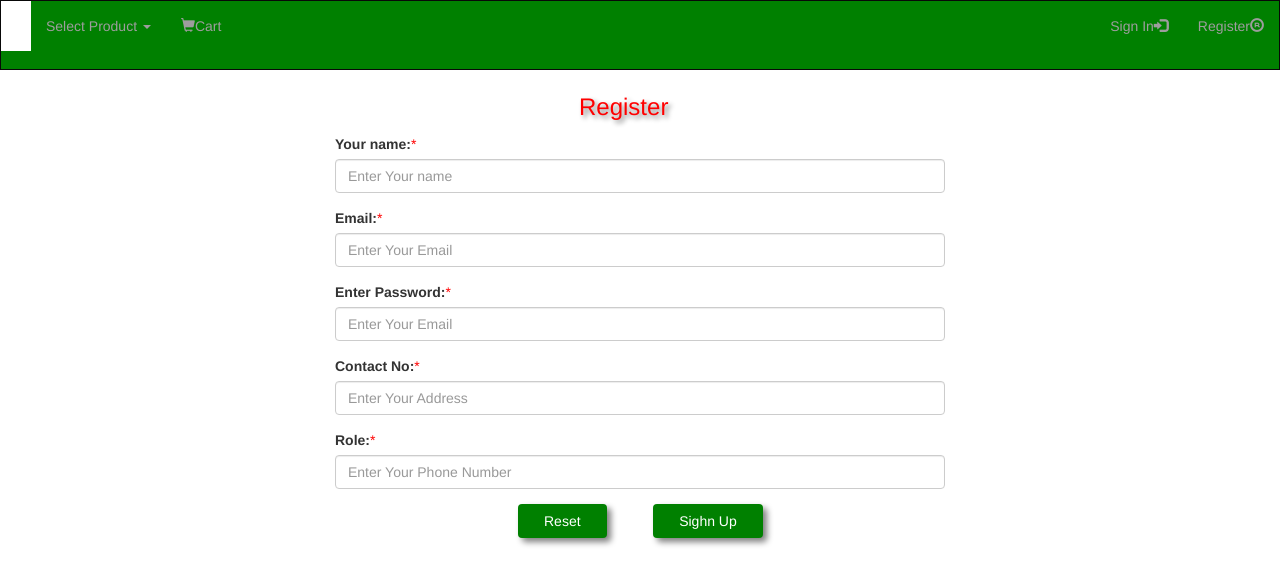
Repository: KoustabhBiswas/Final-Ecommerce-Project
Page: http://localhost/ecommerce1/WEB-INF/views/register.jsp
These files come from the project's save history. The page is drawn as it stood at one moment and after the next save; the edit follows.
The browser window is 1280 px wide. The pictures show the whole page.
Some web libraries are served in a nearby version. The page is served by Tomcat 9. Nobody is signed in. Other server files are loaded and not shown. The template is opened directly, without the code that normally fills it, so the values that code supplies are empty.

Above is the page before, as saved 2017-09-17 12:13:57.

### Final Ecommerce Project/Ecommerce_Project-master/project/ecommerce1/src/main/webapp/WEB-INF/views/register.jsp
<%@ page language="java" contentType="text/html; charset=ISO-8859-1"
    pageEncoding="ISO-8859-1"%>
    <%@ taglib uri="http://www.springframework.org/tags/form" prefix="form" %>
<!DOCTYPE html PUBLIC "-//W3C//DTD HTML 4.01 Transitional//EN" "http://www.w3.org/TR/html4/loose.dtd">
<html>
<head>
<meta http-equiv="Content-Type" content="text/html; charset=ISO-8859-1">
<title>Insert title here</title>
<link rel="stylesheet"
	href="https://cdnjs.cloudflare.com/ajax/libs/font-awesome/4.7.0/css/font-awesome.min.css">

<link rel="stylesheet"
	href="https://maxcdn.bootstrapcdn.com/bootstrap/3.3.7/css/bootstrap.min.css">
<script
	src="https://ajax.googleapis.com/ajax/libs/jquery/3.2.1/jquery.min.js"></script>
<script
	src="https://maxcdn.bootstrapcdn.com/bootstrap/3.3.7/js/bootstrap.min.js"></script>
<style>
.btn{
	box-shadow:4px 4px 6px grey;
	margin-right: 10%;
	padding-right: 25px;
	padding-left: 25px;
	background-color: green;
	color: white;
}
.btn:hover{
	box-shadow:2px 2px 4px grey;
	background-color: blue;
}
</style>
</head>
<body>
<div class="container-fluid">
	<%@ include file="shared/navbar.jsp" %>
	<div class="row" >

  		<div class="col-md-6" style="margin-left: 25%; ">
  				<div><p style="color: red; margin-left: 40%; font-size: 24px; text-shadow: 3px 3px 5px grey; ">Register</p></div>

  			<form:form action="userSubmit" modelAttribute="registration" method="post" class="form-group">
  				<div class="form-group">
  				<form:input type="hidden" path="userId" />
  					<form:label path="userName">Your name:</form:label><span style="color: red">*</span>
  					<form:input type="text" name="uname" path="userName" class="form-control" placeholder="Enter Your name" />
  				</div>

  				<div class="form-group">
  					<form:label path="emailId">Email:</form:label><span style="color: red">*</span>
  					<form:input type="text" path="emailId" class="form-control" placeholder="Enter Your Email" />
  				</div>
				<div class="form-group">
  					<form:label path="password">Enter Password:</form:label><span style="color: red">*</span>
  					<form:input type="password" path="password" class="form-control" placeholder="Enter Your Email" />
  				</div>

  				<div class="form-group">
  					<form:label path="contactNo">Contact No:</form:label><span style="color: red">*</span>
  					<form:input type="text" path="contactNo" class="form-control" placeholder="Enter Your Address" />
  				</div>

  				<div class="form-group">
  					<form:label path="role">Role:</form:label><span style="color: red">*</span>
  					<form:input type="text" path="role" class="form-control" placeholder="Enter Your Phone Number" />
  				</div>



  				<div style="margin-left: 30% ">
  					<input type="reset" value="Reset" class="btn" style="">

  					<input type="submit" value="Sighn Up" class="btn" style="  padding-right: 25px; padding-left: 25px;">
  				</div>

  			</form:form>

  		</div>

  	</div>
  	</div>
</body>
</html>

### Final Ecommerce Project/Ecommerce_Project-master/project/ecommerce1/src/main/webapp/WEB-INF/views/shared/navbar.jsp
<%@ page language="java" contentType="text/html; charset=ISO-8859-1"
	pageEncoding="ISO-8859-1" isELIgnored="false"%>
<%@ taglib uri="http://www.springframework.org/security/tags"
	prefix="sec"%>
<%@ taglib uri="http://java.sun.com/jsp/jstl/core" prefix="c"%>

<style>
nav {
	background-color: #1b6d85;
}
</style>

<div class="row" style="border-bottom-style: none;">
	<nav class="navbar navbar-inverse"
		style="background-color: green; border-radius: 0px; color: white; height:70px">
		<div class="container-fluid">
			<div class="navbar-header" >
				<a class="navbar-brand" href="home" style="background-color:white;  background-image: url("shopmobiles4.jpg") width:100px"></a>
			</div>
			<ul class="nav navbar-nav">

				<li class="dropdown"><a class="dropdown-toggle"
					data-toggle="dropdown" href="#">Select Product <span
						class="caret"></span></a>
					<ul class="dropdown-menu">
						<li><a href="${pageContext.request.contextPath}/samsung">Samsung</a></li>
						<li><a href="${pageContext.request.contextPath}">Nokia</a></li>
						<li><a href="#">HTC</a></li>
					</ul></li>

				<li><a href="/ecommerce1/user/view/cart"><span
						class="glyphicon glyphicon-shopping-cart"></span>Cart</a></li>

			</ul>
			<ul class="nav navbar-nav navbar-right">
				<sec:authorize access="hasAuthority('Admin')">
					<li class="dropdown"><a class="dropdown-toggle"
						data-toggle="dropdown" href="#">Admin <span class="caret"></span></a>
						<ul class="dropdown-menu">
							<li><a href="admin/product">Product</a></li>
							<li><a href="admin/supplier">Supplier</a></li>

						</ul></li>
				</sec:authorize>
				<sec:authorize access="isAnonymous()">
					<li><a href="login">Sign In<span
							class="glyphicon glyphicon-log-in"></span></a></li>
				</sec:authorize>
				<sec:authorize access="isAuthenticated()">
					<li><a href="/ecommerce1/logout">LOGOUT</a><span>${name}</span></li>
				</sec:authorize>
				<li><a href="registerpage">Register<span
						class="glyphicon glyphicon-registration-mark"></span></a>${username}</li>
			</ul>
		</div>
	</nav>
</div>

After the next save:
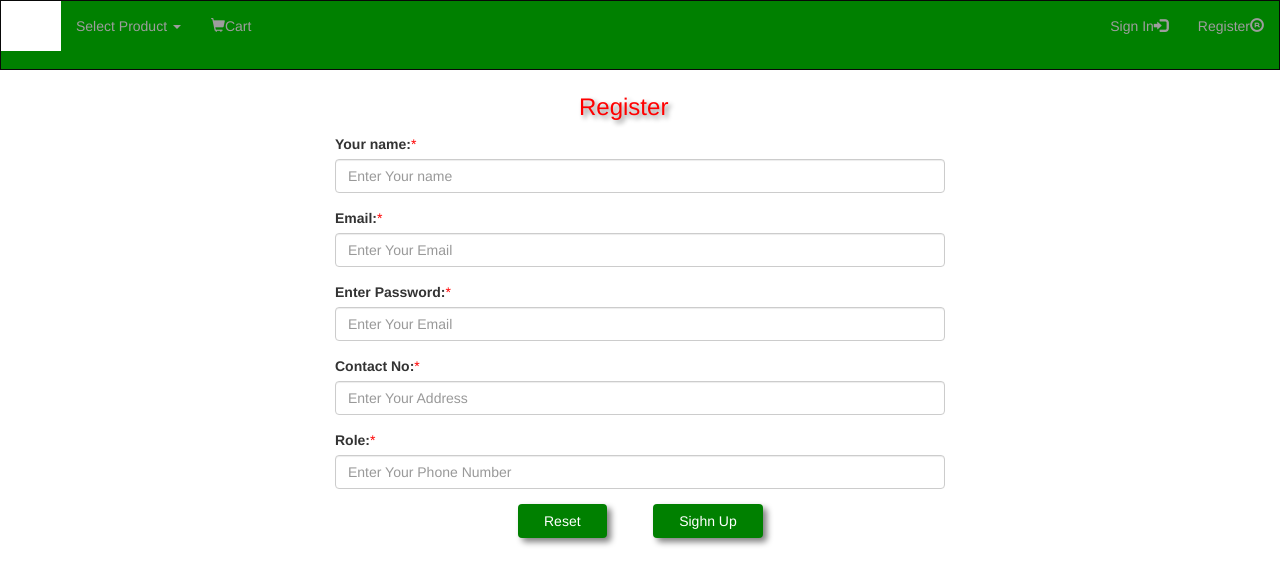
Saved 54 s later.
--- a/Final Ecommerce Project/Ecommerce_Project-master/project/ecommerce1/src/main/webapp/WEB-INF/views/shared/navbar.jsp
+++ b/Final Ecommerce Project/Ecommerce_Project-master/project/ecommerce1/src/main/webapp/WEB-INF/views/shared/navbar.jsp
@@ -15,7 +15,7 @@ nav {
 		style="background-color: green; border-radius: 0px; color: white; height:70px">
 		<div class="container-fluid">
 			<div class="navbar-header" >
-				<a class="navbar-brand" href="home" style="background-color:white;  background-image: url("shopmobiles4.jpg") width:100px"></a>
+				<a class="navbar-brand" href="home" style="background-color:white; width:60px;  background-image: url("shopmobiles4.jpg");"></a>
 			</div>
 			<ul class="nav navbar-nav">
 
